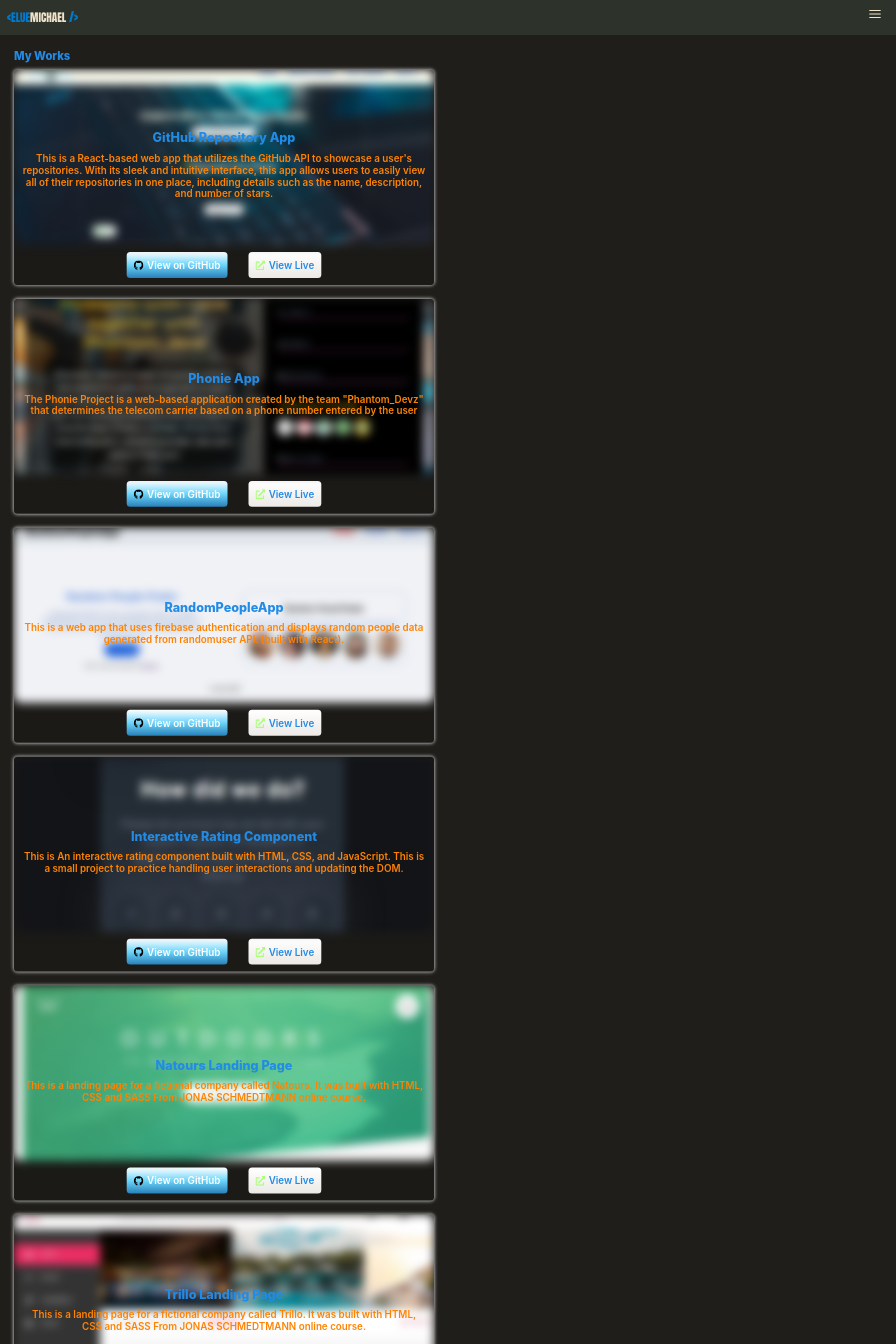
Repository: MikkyPrestige/portfolio
Page: /projects
The author's editor kept a copy of each file at every save. The page is drawn from the files as they stood at one save, then again after the next save.
The browser window is 1280 px wide. The pictures show the part of the page from y = 0 to 1920 px (the page is 4024 px tall), at 70% of full size.
The project was rebuilt for these pictures with package versions that can differ from the ones it lists, and the page was loaded fresh each time. Also part of the build but not shown: src/components/avatar.jsx, src/components/home.jsx, src/components/about.jsx, src/components/fallback.jsx.

Above is the page before, as saved 2023-02-21 21:34:09.

### public/index.html
<!DOCTYPE html>
<html lang="en">
  <head>
    <meta charset="utf-8" />
    <link rel="icon" href="%PUBLIC_URL%/favicon.ico" />
    <meta name="viewport" content="width=device-width, initial-scale=1" />
    <meta name="theme-color" content="#000000" />
    <meta
      name="description"
      content="Web site created using create-react-app"
    />
    <link rel="apple-touch-icon" href="%PUBLIC_URL%/logo192.png" />
    <!--
      manifest.json provides metadata used when your web app is installed on a
      user's mobile device or desktop. See https://developers.google.com/web/fundamentals/web-app-manifest/
    -->
    <link rel="manifest" href="%PUBLIC_URL%/manifest.json" />
    <!--
      Notice the use of %PUBLIC_URL% in the tags above.
      It will be replaced with the URL of the `public` folder during the build.
      Only files inside the `public` folder can be referenced from the HTML.

      Unlike "/favicon.ico" or "favicon.ico", "%PUBLIC_URL%/favicon.ico" will
      work correctly both with client-side routing and a non-root public URL.
      Learn how to configure a non-root public URL by running `npm run build`.
    -->
    <title>Elue Michael Portfolio</title>
  </head>
  <body>
    <noscript>You need to enable JavaScript to run this app.</noscript>
    <div id="root"></div>
    <!--
      This HTML file is a template.
      If you open it directly in the browser, you will see an empty page.

      You can add webfonts, meta tags, or analytics to this file.
      The build step will place the bundled scripts into the <body> tag.

      To begin the development, run `npm start` or `yarn start`.
      To create a production bundle, use `npm run build` or `yarn build`.
    -->
  </body>
</html>

### src/assets/styles/sass/main.scss
@import 'abstracts/variables';
@import 'base/utilities';
@import 'base/base';
@import 'layouts/header';
@import 'pages/home';
@import 'pages/about';
@import 'pages/projects';
@import 'base/animation';

// @media (prefers-reduced-motion: no-preference) {
//   .App-logo {
//     animation: App-logo-spin infinite 20s linear;
//   }
// }

// @keyframes App-logo-spin {
//   from {
//     transform: rotate(0deg);
//   }
//   to {
//     transform: rotate(360deg);
//   }
// }

### src/components/projects.jsx
import { Link } from "react-router-dom";
import { FaGithub } from "react-icons/fa";
import { FaExternalLinkAlt } from "react-icons/fa";

const Projects = () => {
  return (
    <div className="project">
      <h1 className="project--title">My Works</h1>
      <div className="project--wrapper">
        <div className="project--card">
          <div className="project--card__blur project--card__blur-1"></div>
          <div className="project--card__content">
            <h2 className="project--card__content__title">GitHub Repository App</h2>
            <p className="project--card__content__desc">
            This is a React-based web app that utilizes the GitHub API to showcase a user's repositories. With its sleek and intuitive interface, this app allows users to easily view all of their repositories in one place, including details such as the name, description, and number of stars.
            </p>
          </div>
          <div className="project--card__links">
            <Link
              to={{ pathname: "https://github.com/MeekyBerry/exam-project-altschoolafrica" }}
              target="_blank"
              className="project--card__links__link github-link-bg"
            >
              <FaGithub style={{ color: "#000"}} />
              View on GitHub
            </Link>
            <Link
              to={{ pathname: "https://github-repos-display.vercel.app/" }}
              target="_blank"
              className="project--card__links__link live-link-bg blue-markup"
            >
              <FaExternalLinkAlt style={{ color: "#a8ff78"}} />
              View Live
            </Link>
          </div>
        </div>
        <div className="project--card">
          <div className="project--card__blur project--card__blur-2"></div>
          <div className="project--card__content">
            <h2 className="project--card__content__title">Phonie App</h2>
            <p className="project--card__content__desc">
              The Phonie Project is a web-based application created by the team
              "Phantom_Devz" that determines the telecom carrier based on a
              phone number entered by the user
            </p>
          </div>
          <div className="project--card__links">
            <Link
              to={{ pathname: "https://github.com/MeekyBerry/Phonie-project-Phantom_Devz" }}
              target="_blank"
              className="project--card__links__link github-link-bg"
            >
              <FaGithub style={{ color: "#000"}} />
              View on GitHub
            </Link>
            <Link
              to={{ pathname: "https://phantom-devz-phonie.netlify.app/" }}
              target="_blank"
              className="project--card__links__link live-link-bg blue-markup"
            >
              <FaExternalLinkAlt style={{ color: "#a8ff78"}} />
              View Live
            </Link>
          </div>
        </div>
        <div className="project--card">
          <div className="project--card__blur project--card__blur-3"></div>
          <div className="project--card__content">
            <h2 className="project--card__content__title">
              RandomPeopleApp
            </h2>
            <p className="project--card__content__desc">
            This is a web app that uses firebase authentication and displays
              random people data generated from randomuser API. (built with
              React).
            </p>
          </div>
          <div className="project--card__links">
            <Link
              to={{ pathname: "https://github.com/MeekyBerry/RandomPeopleApp" }}
              target="_blank"
              className="project--card__links__link github-link-bg"
            >
              <FaGithub style={{ color: "#000"}} />
              View on GitHub
            </Link>
            <Link
              to={{ pathname: "https://randompeopleapp.vercel.app" }}
              target="_blank"
              className="project--card__links__link live-link-bg blue-markup"
            >
              <FaExternalLinkAlt style={{ color: "#a8ff78"}} />
              View Live
            </Link>
          </div>
        </div>
        <div className="project--card">
          <div className="project--card__blur project--card__blur-4"></div>
          <div className="project--card__content">
            <h2 className="project--card__content__title">
              Interactive Rating Component
            </h2>
            <p className="project--card__content__desc">
            This is An interactive rating component built with HTML, CSS, and JavaScript. This is a small project to practice handling user interactions and updating the DOM.
            </p>
          </div>
          <div className="project--card__links">
            <Link
              to={{
                pathname:
                  "https://github.com/MeekyBerry/Advanced-CSS-Sass-Course-Projects/tree/master/Natours-project",
              }}
              target="_blank"
              className="project--card__links__link github-link-bg"
            >
              <FaGithub style={{ color: "#000"}} />
              View on GitHub
            </Link>
            <Link
              to={{ pathname: "https://natour-landing-page.netlify.app/" }}
              target="_blank"
              className="project--card__links__link live-link-bg blue-markup"
            >
              <FaExternalLinkAlt style={{ color: "#a8ff78"}} />
              View Live
            </Link>
          </div>
        </div>
        <div className="project--card">
          <div className="project--card__blur project--card__blur-5"></div>
          <div className="project--card__content">
            <h2 className="project--card__content__title">
              Natours Landing Page
            </h2>
            <p className="project--card__content__desc">
            This is a landing page for a fictional company called Natours. It
              was built with HTML, CSS and SASS From JONAS SCHMEDTMANN online course.
            </p>
          </div>
          <div className="project--card__links">
            <Link
              to={{
                pathname:
                  "https://github.com/MeekyBerry/exam-project-altschoolafrica",
              }}
              target="_blank"
              className="project--card__links__link github-link-bg"
            >
              <FaGithub style={{ color: "#000"}} />
              View on GitHub
            </Link>
            <Link
              to={{ pathname: "https://natour-landing-page.netlify.app/" }}
              target="_blank"
              className="project--card__links__link live-link-bg blue-markup"
            >
              <FaExternalLinkAlt style={{ color: "#a8ff78"}} />
              View Live
            </Link>
          </div>
        </div>
        <div className="project--card">
          <div className="project--card__blur project--card__blur-6"></div>
          <div className="project--card__content">
            <h2 className="project--card__content__title">
              Trillo Landing Page
            </h2>
            <p className="project--card__content__desc">
              This is a landing page for a fictional company called Trillo. It
              was built with HTML, CSS and SASS From JONAS SCHMEDTMANN online course.
            </p>
          </div>
          <div className="project--card__links">
            <Link
              to={{
                pathname:
                  "https://github.com/MeekyBerry/Advanced-CSS-Sass-Course-Projects/tree/master/Trillow-project",
              }}
              target="_blank"
              className="project--card__links__link github-link-bg"
            >
              <FaGithub style={{ color: "#000"}} />
              View on GitHub
            </Link>
            <Link
              to={{
                pathname: "https://fantastic-crostata-3e9a02.netlify.app/",
              }}
              target="_blank"
              className="project--card__links__link live-link-bg blue-markup"
            >
              <FaExternalLinkAlt style={{ color: "#a8ff78"}} />
              View Live
            </Link>
          </div>
        </div>
        <div className="project--card">
          <div className="project--card__blur project--card__blur-7"></div>
          <div className="project--card__content">
            <h2 className="project--card__content__title">
              Phony Authentication
            </h2>
            <p className="project--card__content__desc">
              This is a simple authentication app built with React and Firebase.
            </p>
          </div>
          <div className="project--card__links">
            <Link
              to={{
                pathname:
                  "https://github.com/MeekyBerry/fake-user-authentication",
              }}
              target="_blank"
              className="project--card__links__link github-link-bg"
            >
              <FaGithub style={{ color: "#000"}} />
              View on GitHub
            </Link>
            <Link
              to={{ pathname: "https://fake-auth.vercel.app/" }}
              target="_blank"
              className="project--card__links__link live-link-bg blue-markup"
            >
              <FaExternalLinkAlt style={{ color: "#a8ff78"}} />
              View Live
            </Link>
          </div>
        </div>
        <div className="project--card">
          <div className="project--card__blur project--card__blur-8"></div>
          <div className="project--card__content">
            <h2 className="project--card__content__title">Calculator</h2>
            <p className="project--card__content__desc">
            This is a powerful calculator that can perform high-level functions. Built with a sleek, user-friendly interface and advanced mathematical algorithms.
            </p>
          </div>
          <div className="project--card__links">
            <Link
              to={{ pathname: "https://github.com/MeekyBerry/calculator" }}
              target="_blank"
              className="project--card__links__link github-link-bg"
            >
              <FaGithub style={{ color: "#000"}} />
              View on GitHub
            </Link>
            <Link
              to={{ pathname: "https://calculator-omega-murex.vercel.app/" }}
              target="_blank"
              className="project--card__links__link live-link-bg blue-markup"
            >
              <FaExternalLinkAlt style={{ color: "#a8ff78"}} />
              View Live
            </Link>
          </div>
        </div>
        <div className="project--card">
          <div className="project--card__blur project--card__blur-9"></div>
          <div className="project--card__content">
            <h2 className="project--card__content__title">
            Chat App CSS Illustration
            </h2>
            <p className="project--card__content__desc">
            A visually stunning chat app illustration built with CSS and HTML from Frontend Mentor Challenge. In this project, I built the entire app illustration from scratch.
            </p>
          </div>
          <div className="project--card__links">
            <Link
              to={{
                pathname:
                  "https://github.com/MeekyBerry/Frontend-Mentor-challenges/tree/main/interactive-rating-component",
              }}
              target="_blank"
              className="project--card__links__link github-link-bg"
            >
              <FaGithub style={{ color: "#000"}} />
              View on GitHub
            </Link>
            <Link
              to={{
                pathname:
                  "https://interactive-ratings-component-project.netlify.app/",
              }}
              target="_blank"
              className="project--card__links__link live-link-bg blue-markup"
            >
              <FaExternalLinkAlt style={{ color: "#a8ff78"}} />
              View Live
            </Link>
          </div>
        </div>
        <div className="project--card">
          <div className="project--card__blur project--card__blur-10"></div>
          <div className="project--card__content">
            <h2 className="project--card__content__title">
              ShoeBrand Landing Page
            </h2>
            <p className="project--card__content__desc">
            This is a Landing page built with HTML, CSS and little Javascript. Sass was also used but only for the Nesting elements feature. It was a code along project on "Learn HTML & CSS in 2022 crash course" by Design Course.
            </p>
          </div>
          <div className="project--card__links">
            <Link
              to={{
                pathname:
                  "https://github.com/MeekyBerry/Frontend-Mentor-challenges/tree/main/fylo-data-store-layout",
              }}
              target="_blank"
              className="project--card__links__link github-link-bg"
            >
              <FaGithub style={{ color: "#000"}} />
              View on GitHub
            </Link>
            <Link
              to={{ pathname: "https://fylo-data-store-layout.netlify.app/" }}
              target="_blank"
              className="project--card__links__link live-link-bg blue-markup"
            >
              <FaExternalLinkAlt style={{ color: "#a8ff78"}} />
              View Live
            </Link>
          </div>
        </div>
        <div className="project--card">
          <div className="project--card__blur project--card__blur-11"></div>
          <div className="project--card__content">
            <h2 className="project--card__content__title">
              Order Summary Card Component
            </h2>
            <p className="project--card__content__desc">
            This is a solution to the Order summary component on Frontend Mentor Challenge. It is a card component built with HTML and CSS.
            </p>
          </div>
          <div className="project--card__links">
            <Link
              to={{
                pathname:
                  "https://github.com/MeekyBerry/Frontend-Mentor-challenges/tree/main/order-summary-card-component",
              }}
              target="_blank"
              className="project--card__links__link github-link-bg"
            >
              <FaGithub style={{ color: "#000"}} />
              View on GitHub
            </Link>
            <Link
              to={{
                pathname: "https://order-summary-card-project.netlify.app/",
              }}
              target="_blank"
              className="project--card__links__link live-link-bg blue-markup"
            >
              <FaExternalLinkAlt style={{ color: "#a8ff78"}} />
              View Live
            </Link>
          </div>
        </div>
        <div className="project--card">
          <div className="project--card__blur project--card__blur-12"></div>
          <div className="project--card__content">
            <h2 className="project--card__content__title">
              Stats Preview Card Component
            </h2>
            <p className="project--card__content__desc">
              This is a solution to the Stats preview card component on Frontend Mentor Challenge. It is a card component built with HTML and CSS.
            </p>
          </div>
          <div className="project--card__links">
            <Link
              to={{
                pathname:
                  "https://github.com/MeekyBerry/Frontend-Mentor-challenges/tree/main/stats-preview-card-compo",
              }}
              target="_blank"
              className="project--card__links__link github-link-bg"
            >
              <FaGithub style={{ color: "#000"}} />
              View on GitHub
            </Link>
            <Link
              to={{
                pathname: "https://stats-preview-card-project.netlify.app/",
              }}
              target="_blank"
              className="project--card__links__link live-link-bg blue-markup"
            >
              <FaExternalLinkAlt style={{ color: "#a8ff78"}} />
              View Live
            </Link>
          </div>
        </div>
        {/* <div className="project--card">
          <div className="project--card__blur project--card__blur-13"></div>
          <div className="project--card__content">
            <h2 className="project--card__content__title">
              Shoe Brand Landing Page
            </h2>
            <p className="project--card__content__desc">
              This is a landing page for a shoe brand built with HTML and CSS
            </p>
          </div>
          <div className="project--card__links">
            <Link
              to={{
                pathname:
                  "https://github.com/MeekyBerry/Shoe-brand-landing-page",
              }}
              target="_blank"
              className="project--card__links__link github-link-bg"
            >
              <FaGithub style={{ color: "#000"}} />
              View on GitHub
            </Link>
            <Link
              to={{ pathname: "https://shoe-brand-landing-page.netlify.app/" }}
              target="_blank"
              className="project--card__links__link live-link-bg blue-markup"
            >
              <FaExternalLinkAlt style={{ color: "#a8ff78"}} />
              View Live
            </Link>
          </div>
        </div> */}
      </div>
    </div>
  );
};

export default Projects;

### src/assets/styles/sass/base/_utilities.scss
.github-link-bg {
  background: linear-gradient(to top, var(--dark-blue--1), var(--light-blue--2), var(--color--white));
}

.live-link-bg {
  background: linear-gradient(to top, var(--color--white-2), var(--color--white));
}

.blue-markup {
  color: var(--blue-cyan) !important;
}

### src/assets/styles/sass/base/_base.scss
*,
*::after,
*::before {
  margin: 0;
  padding: 0;
  box-sizing: border-box;
}

html {
  font-size: 62.5%;
  font-family: var(--font-family);
  color: var(--color-white);
  background-color: var(--color--bg);
}

::selection {
  background-color: var(--color-primary);
  color: var(--color-white);
}

### src/assets/styles/sass/pages/home.scss
.home {
  width: 100%;
  height: 100vh;
  background: radial-gradient(100% 100% at 50% 100%, var(--color--bg-dark-2) 21.52%, var(--color--bg-dark) 100%);

  &--contents {
    display: flex;
    flex-direction: column;
    justify-content: center;
    align-items: center;
    padding: 3rem 5rem;
    gap: 3rem;
  }

  &--content {
    display: flex;
    flex-direction: column;
    align-items: flex-start;
    padding: 0;
    gap: .5rem;

    &__title {
      font-family: var(--font-family--secondary);
      font-size: var(--font-size--x-large);
      font-weight: var(--font-weight--boldest);
      color: var(--dark-blue);
    }

    &__subtitle {
      font-family: var(--font-family--secondary);
      font-size: var(--font-size--large);
      font-weight: var(--font-weight--bold);
      color: var(--color--text);
    }

    &__desc {
      font-family: var(--font-family--secondary);
      font-size: var(--font-size--small);
      font-weight: var(--font-weight--regular);
      color: var(--color--white-1);
    }
  }

  &--avatar {
    border-radius: 5%;
    -webkit-border-radius: 5%;
    -moz-border-radius: 5%;
    -ms-border-radius: 5%;
    -o-border-radius: 5%;
    background-image: radial-gradient(circle, var(--blue-cyan) 5%, var(--light-blue--1) 95%);
  }
}

### src/assets/styles/sass/base/_animation.scss
//  INFINITE HEARTBEAT PAUSE ANIMATION

@keyframes Heartbeat {
  0% {
    transform: scale(1);
    -webkit-transform: scale(1);
    -moz-transform: scale(1);
    -ms-transform: scale(1);
    -o-transform: scale(1);
  }

  50% {
    transform: scale(1.05);
    -webkit-transform: scale(1.05);
    -moz-transform: scale(1.05);
    -ms-transform: scale(1.05);
    -o-transform: scale(1.05);
  }

  100% {
    transform: scale(1);
    -webkit-transform: scale(1);
    -moz-transform: scale(1);
    -ms-transform: scale(1);
    -o-transform: scale(1);
  }
}

Loaded but not shown: src/index.css (common file); src/reportWebVitals.js (common file); src/index.js (21 lines, source omitted); src/App.js (22 lines, source omitted); src/components/layout.jsx (141 lines, source omitted); src/assets/styles/sass/pages/_projects.scss (161 lines, source omitted); src/assets/styles/sass/pages/_about.scss (158 lines, source omitted); src/assets/styles/sass/layouts/_header.scss (111 lines, source omitted); src/assets/styles/sass/abstracts/_variables.scss (67 lines, source omitted)

After the next save:
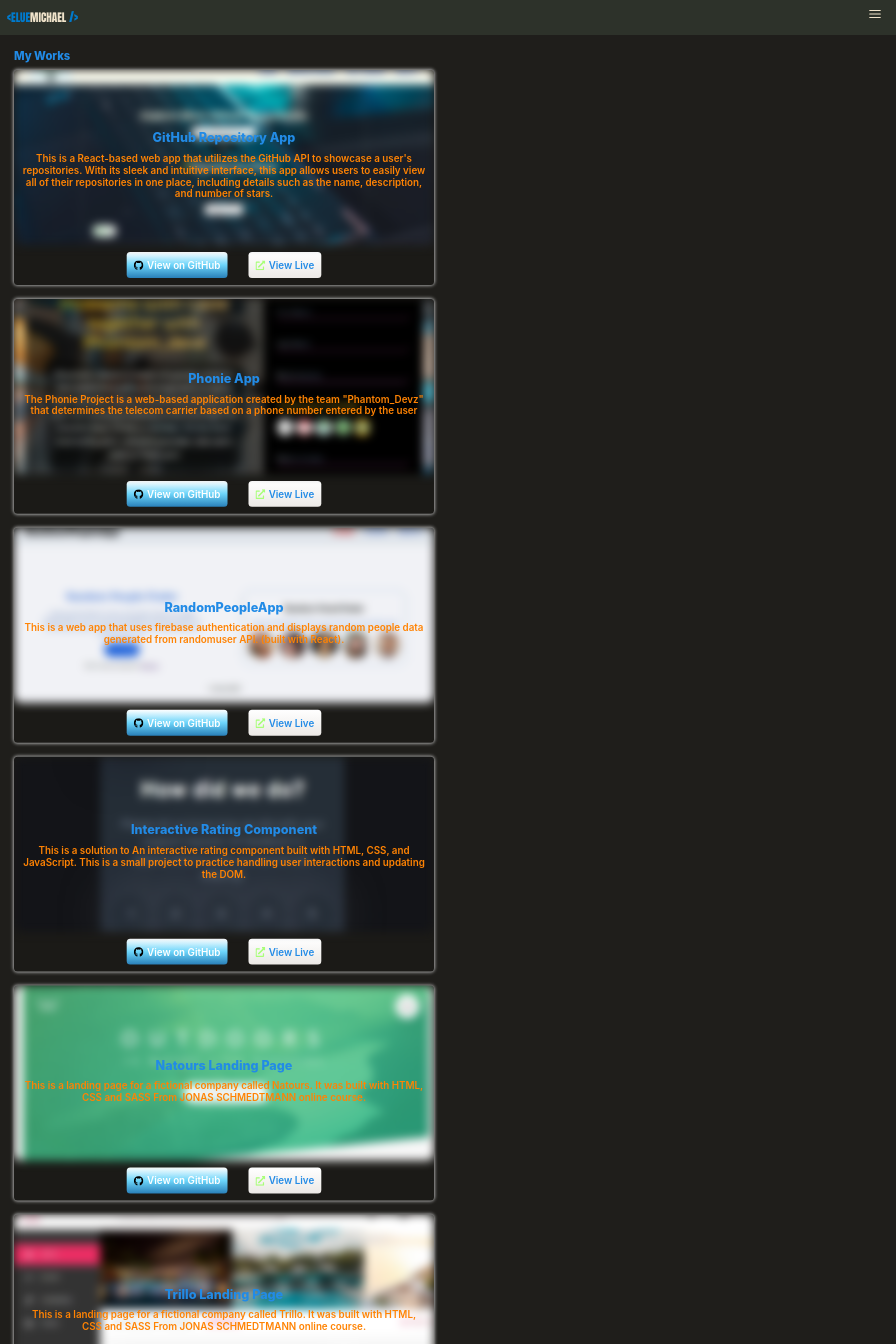
Saved 24 s later.
--- a/src/components/projects.jsx
+++ b/src/components/projects.jsx
@@ -101,7 +101,7 @@
               Interactive Rating Component
             </h2>
             <p className="project--card__content__desc">
-            This is An interactive rating component built with HTML, CSS, and JavaScript. This is a small project to practice handling user interactions and updating the DOM.
+            This is a solution to An interactive rating component built with HTML, CSS, and JavaScript. This is a small project to practice handling user interactions and updating the DOM.
             </p>
           </div>
           <div className="project--card__links">
